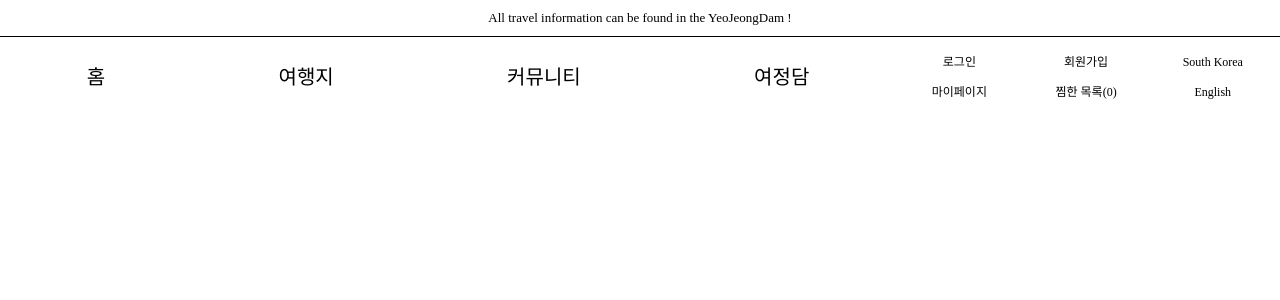
Repository: gaeunlee95/semi
Page: http://localhost/semi/main.jsp
These files come from the project's save history. The page is drawn as it stood at one moment and after the next save; the edit follows.
The browser window is 1280 px wide. The pictures show the whole page.
The page is served by Tomcat 9.

Above is the page before, as saved 2023-12-06 17:34:58.

### semi/src/main/webapp/main.jsp
<%@ page language="java" contentType="text/html; charset=UTF-8"
    pageEncoding="UTF-8"%>
<!DOCTYPE html>
<html>
<head>
<meta charset="UTF-8">
<title>메인 페이지</title>
<link rel="stylesheet" href="resources/css/style.css">
<style>
/* *{
	color: blue;
} */
</style>
</head>
<body>
	<jsp:include page="header.jsp" />
</body>
</html>

### semi/src/main/webapp/header.jsp
<%@ page language="java" contentType="text/html; charset=UTF-8"
    pageEncoding="UTF-8"%>
<%@ taglib uri="http://java.sun.com/jsp/jstl/core" prefix="c" %>
<header>
	<div id = "header">
		<div id="welcome">
			<p>All travel information can be found in the YeoJeongDam !</p>
		</div>
		<nav>
		<div id="menu">
			<div id="mainMenu">
				<ul>
					<li><a href="#">홈</a></li>
					<li><a href="#">여행지</a></li>
					<li><a href="#">커뮤니티</a></li>
					<li><a href="#">여정담</a></li>
				</ul>
			</div>
			<div id="sideMenu">
				<ul id="sideMenu_1">
					<li><a href="#">로그인</a></li>
					<li><a href="#">회원가입</a></li>
					<li><a href="#">South Korea</a></li>
				</ul>
				<ul id="sideMenu_2">
					<li><a href="#">마이페이지</a></li>
					<li><a href="#">찜한 목록(0)</a></li>
					<li><a href="#">English</a></li> <!-- 스크롤로 언어(영어/한국) 선택 -->
				</ul>
			</div>
		</div>
		</nav>
	</div>





  <%-- <nav>
  <c:choose>
    <c:when test="${empty sessionId}">
	    <ul id="topMenu">
	  	  <li><a href="/loginform.do">로그인</a></li>
	  	  <li><a href="/joinform.do">회원가입</a></li>
	  	  <li><a href="/boardlist.do">게시판</a></li>
	  	  <li><a href="/memberlist.do">회원목록</a></li>
	  	</ul>
    </c:when>
    <c:otherwise>
    	<ul id="topMenu">
	  	  <li><a href="/logout.do">(${sessionId}님)로그아웃</a></li>
	  	  <li><a href="/memberview.do?id=${sessionId}">나의 정보</a></li>
	  	  <li><a href="/boardlist.do">게시판</a></li>
	  	  <li><a href="/memberlist.do">회원 목록</a></li>
	  	</ul>
    </c:otherwise>
   </c:choose>
  </nav> --%>
</header>

### semi/src/main/webapp/resources/css/style.css
@charset "UTF-8";
/* 공통 스타일 */
*{margin: 0; padding: 0;}
#container{width: 1024px; margin: 30px auto 100px;}
ul li{list-style: none;}
a{text-decoration: none; color: black;}

/* header 스타일 */
header{
	/*width : 1024px;*/
	width: 100%;
	margin : 0 auto;
}
header #welcome{
	text-align: center;
	border-bottom: 1px solid black;
}
header #welcome p{
	padding: 10px 0;
	font-size: 13px;
}
header #menu{
	width: 100%;
}
header nav div{	/*각 mainMenu, sideMenu div에 float를 주어 가로정렬*/ /*nav에 float 주면 가로정렬 되지 않음*/
	float: left;
}
header #mainMenu{
	/*width: 700px;*/
	width: 70%;
	line-height: 80px;
}
header #mainMenu ul{
	display: flex;
	justify-content: space-around;
}
header #mainMenu li{
	font-size: 20px;
	color: black;
}
header #sideMenu{
	/*width: 324px;*/
	width: 30%;
}
header #sideMenu_1 li a{
	padding-top: 10px;
}
header #sideMenu ul{
	line-height: 30px;
	display: flex;
}
header #sideMenu li{
	font-size: 12px;
	width: 33%;
}
header #sideMenu li a{
	display:flex;
	justify-content: center;
}
header #sideMenu #sideMenu_1 a{
	padding-top: 10px;
}
header #sideMenu #sideMenu_2 a{
	padding-bottom: 10px;
}

/* mainMenu의 경우, li 사이에 동일한 간격을 주기위해 padding 사용 */
/* sideMenu의 경우, padding으로 간격을 줄 시 아래위 li의 위치가 달라짐. 이에 li에 width와 flex요소를 주어 가운데 정렬 시킴 */

/* 구현 1 */
/* 헤더의 width 1024px에서 줄어들 경우, 각 li 사이의 거리 가까워짐*/

/* 구현 2 */
/* mainMenu의 각 li에 마우스 올릴 시, 전체 하위 카테고리 나옴 + 헤더부분의 배경색 변경됨 */
/* mainMenu의 각 li에 마우스 올릴 시, li에 italic, 밑줄표시 */
/* 하단 카테고리 선택 시, 연한 색상 -> 진한 색상으로 변경, italic, 밑줄표시*/

After the next save:
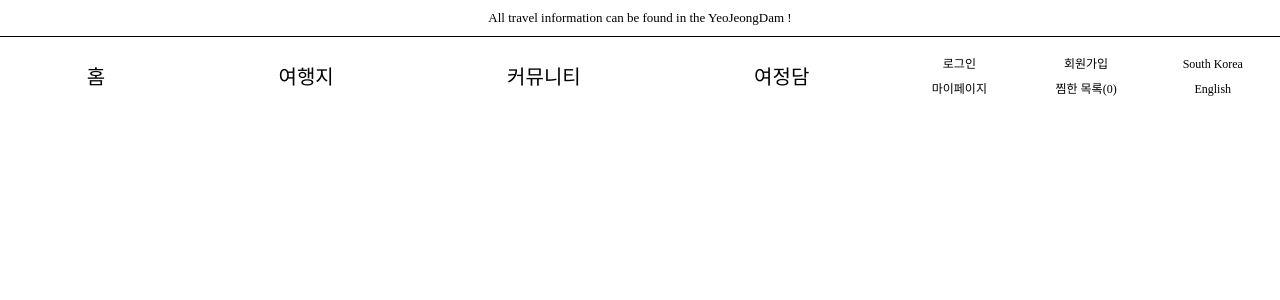
Saved 99 s later.
--- a/semi/src/main/webapp/resources/css/style.css
+++ b/semi/src/main/webapp/resources/css/style.css
@@ -42,11 +42,11 @@ header #sideMenu{
 	/*width: 324px;*/
 	width: 30%;
 }
-header #sideMenu_1 li a{
-	padding-top: 10px;
-}
+/*header #sideMenu_1 li a{
+	padding-top: 15px;
+}*/
 header #sideMenu ul{
-	line-height: 30px;
+	line-height: 25px;
 	display: flex;
 }
 header #sideMenu li{
@@ -58,10 +58,10 @@ header #sideMenu li a{
 	justify-content: center;
 }
 header #sideMenu #sideMenu_1 a{
-	padding-top: 10px;
+	padding-top: 15px;
 }
 header #sideMenu #sideMenu_2 a{
-	padding-bottom: 10px;
+	padding-bottom: 15px;
 }
 
 /* mainMenu의 경우, li 사이에 동일한 간격을 주기위해 padding 사용 */
